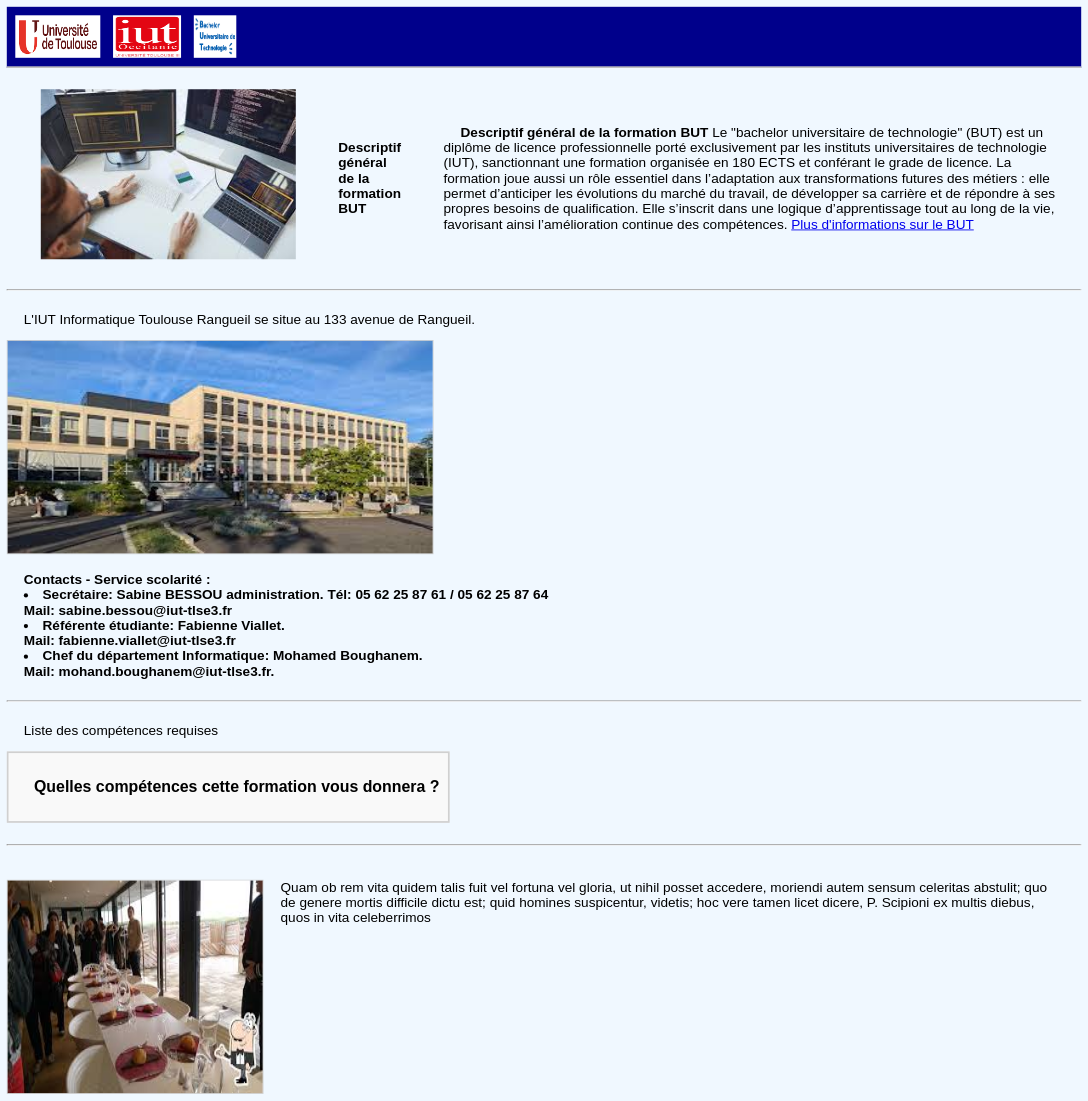
Repository: s0yManar/projet-web-R102
Page: MON.PROJET.HTML&CSS/page.accueil.html
An editor plug-in stored every save of this project. The page is shown before and after a run of saves, followed by the edit.
The browser window is 1280 px wide. The pictures show the whole page, at 85% of full size.

Above is the page before, as saved 2025-11-24 12:23:55.

### MON.PROJET.HTML&CSS/page.accueil.html
<!DOCTYPE html>
<html lang= "fr">


<head>
    <meta charset="UTF-8">
    <meta name = "viewport" content="width-device-witch" initial scale=" 1.0">
    <link rel="stylesheet" href="page-accueil.css">
    <title> Accueil</title>
</head>

<body>
    <header id="header">
        <img src="logo-université.jpg" alt="Université de Toulouse" width="100" height="50">
        <img src="logo-IUT.jpg" alt="Logo de l'IUT de Toulouse" width="80" height="50">
        <img src="logo-but.jpg" alt="logo du BUT" width="50" height="50">
    </header>

    <!--  section reservée à la Historique du BUT: une image sur le BUT à gauche
      et du texte conçu sur le BUT avec un lien vers une source wikipédia  -->

      <div id="descriptif_BUT">
        <div id="descriptif_BUT_img">
            <img src="illustratif.jpg" alt="Image diplome BUT" width="300" height="200">
         </div>
    <strong> Descriptif général de la formation BUT </strong>
    <p> <strong> Descriptif général de la formation BUT </strong>Le "bachelor universitaire de technologie" (BUT) est un diplôme de licence professionnelle porté exclusivement par les instituts universitaires de technologie (IUT), sanctionnant une formation organisée en 180 ECTS et conférant le grade de licence. La formation joue aussi un rôle essentiel dans l’adaptation aux transformations futures des métiers : elle permet d’anticiper les évolutions du marché du travail, de développer sa carrière et de répondre à ses propres besoins de qualification. Elle s’inscrit dans une logique d’apprentissage tout au long de la vie, favorisant ainsi l’amélioration continue des compétences. <a href= "https://www.enseignementsup-recherche.gouv.fr/fr/but"  title="Lien de documentation sur le BUT WIkipédia"> Plus d'informations sur le BUT </a></p>
    </div>


    <!-- position -->

    <hr>

    <section>
        <!-- section réservée à l'IUT Informatique TR avec photo (quand souris passe, zoom) à gauche,
        du texte à droite et en dessous une LISTE de contact-->
        <p>L'IUT Informatique Toulouse Rangueil se situe au 133 avenue de Rangueil. </p>
        <div class="contenu">
        <img src="photoIUT.jpg" alt="Photographie de l'IUT site de Rangueil" width="500" height="250">
        </div>
        <div>
            <h4> Contacts - Service scolarité :
                <li> Secrétaire: Sabine BESSOU administration. Tél: 05 62 25 87 61 / 05 62 25 87 64
                    <br>
                Mail: sabine.bessou@iut-tlse3.fr </li>
                <li> Référente étudiante: Fabienne Viallet.<br>  Mail:  fabienne.viallet@iut-tlse3.fr
 </li>
                <li> Chef du département Informatique: Mohamed Boughanem. <br>  Mail: mohand.boughanem@iut-tlse3.fr. </li>
             </h4>
        </div>
    </section>

<hr>

    <!--section pour une liste des compétences, contenant une liste de blocs de compétences avec chcunes d'elles illustrées par une image, liste des compétences fondamentales, les blocs doivent être encadrés -->
<p> Liste des compétences requises</p>
<div class="bloc_competences">
<h3> Quelles compétences cette formation vous donnera ? </h3>
</div>

</div>

<hr>

<section id="restocrous" content="la vie étudiante" >
    <!-- section pour la vie étudiante, à gauche du texte factice, à droite une image cliquable vers la restauration à l'IUT  -->
 <img class="affichage_img" src="restocrous.jpg" alt="Photo d'un restaurant universitaire" width="300" height="250" >
 <a href="https://iut.univ-tlse3.fr/des-points-de-restauration-du-crous-dans-vos-campus" title="Portail vers des informations de restauration autour de l'IUT" ></a>
 <p>Quam ob rem vita quidem talis fuit vel fortuna vel gloria, ut nihil posset accedere, moriendi autem sensum celeritas abstulit; quo de genere mortis difficile dictu est; quid homines suspicentur, videtis; hoc vere tamen licet dicere,
 P. Scipioni ex multis diebus, quos in vita celeberrimos </p>
 <a href="https://iut.univ-tlse3.fr/des-points-de-restauration-du-crous-dans-vos-campus" title="Portail vers des informations de restauration autour de l'IUT" >
     <!-- faire en sorte que mon image soit cliquable
    positionnement des images et du texte, ajout d'un font
    -->
</div>
</section>

</html>

### MON.PROJET.HTML&CSS/page-accueil.css
/* Style général */
body {
    font-family: Arial, Helvetica, sans-serif;
    margin: 20;
    background-color: aliceblue;
}

#header {
    display: flex;
    gap: 15px;
    padding: 10px;
    border-bottom: 2px solid #bfbfbf;
    background-color: darkblue;
}

/* IMAGE DU BUT À DROITE DANS LA SECTION DESCRIPTIF */
#descriptif_BUT {
    display: flex;
    align-items: center;
    gap: 30px;
    margin-top: 25px;
    margin-left: 20px;
    margin-bottom: 10px

}

#descriptif_BUT_img {
    display:flex;
    align-items: right;
    margin-left: 20px;
    margin-bottom: 10px
}


hr {
    margin: 25px 0;
    color:darkslategray
}


.contenu {
    display: flex;
    position: relative;
    text-align: left;

}

.contenu img {
    border: 1px solid #ccc;
}

.bloc_competences {
    border: 2px solid #d0d0d0;
    padding: 10px;
    width: fit-content;
    background-color: #f9f9f9;
}

/* Image cliquable de la vie étudiante */
.affichage_img {
    display: block;
    margin-top: 15px;
    border: 1px solid #cfcfcf;
}

/* Petits ajustements de texte */
p {
    margin: 15px 20px;
}

strong {
    margin-left: 20px;
}

h3, h4 {
    margin-left: 20px;
}

#restocrous {
    display: flex;
    text-align: 200px;
}

After the next 3 saves:
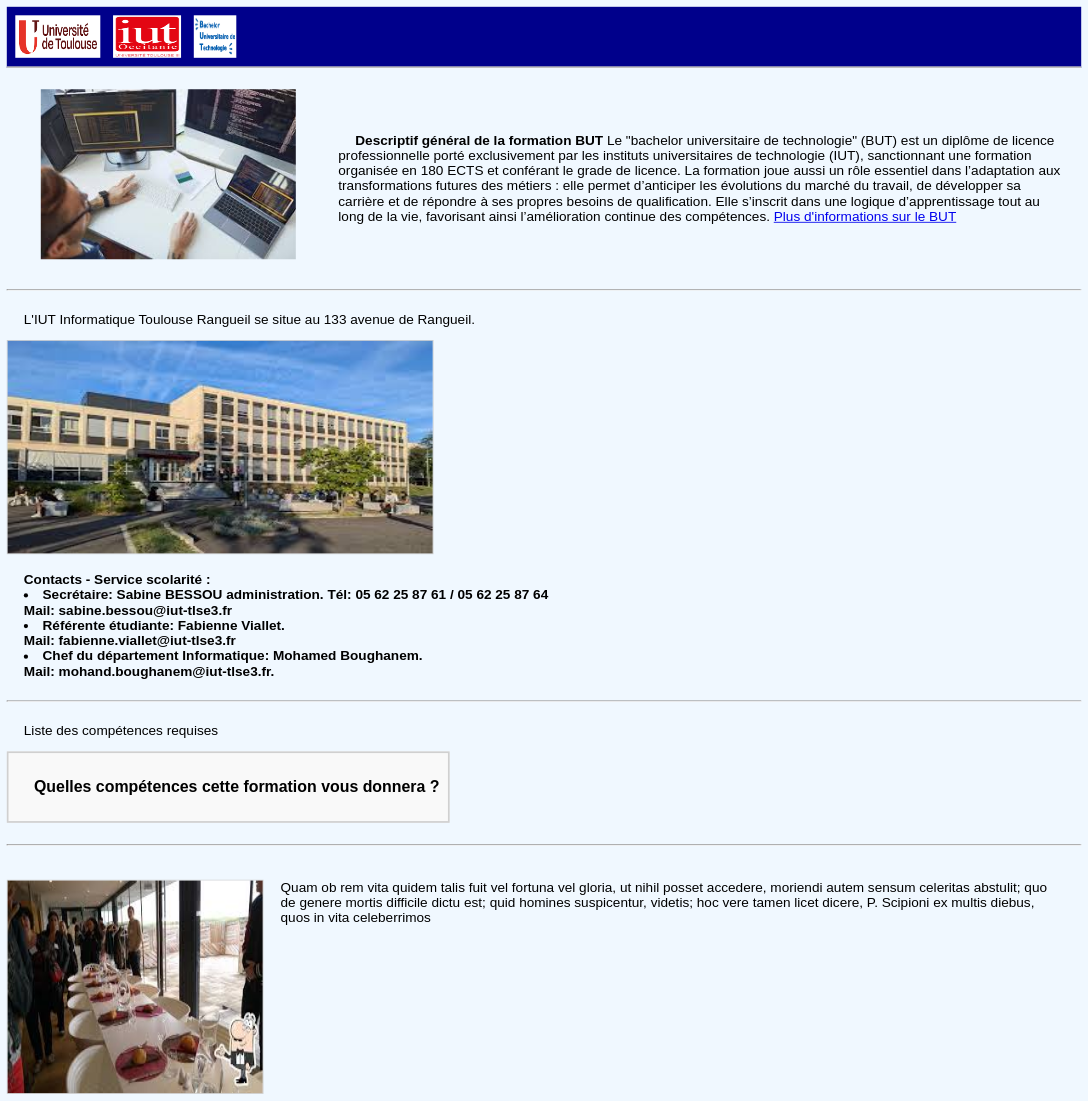
The 3 saves are shown as one change because they came seconds apart.
The last was saved 16 s later.
--- a/MON.PROJET.HTML&CSS/page.accueil.html
+++ b/MON.PROJET.HTML&CSS/page.accueil.html
@@ -23,7 +23,7 @@
         <div id="descriptif_BUT_img">
             <img src="illustratif.jpg" alt="Image diplome BUT" width="300" height="200">
          </div>
-    <strong> Descriptif général de la formation BUT </strong>
+
     <p> <strong> Descriptif général de la formation BUT </strong>Le "bachelor universitaire de technologie" (BUT) est un diplôme de licence professionnelle porté exclusivement par les instituts universitaires de technologie (IUT), sanctionnant une formation organisée en 180 ECTS et conférant le grade de licence. La formation joue aussi un rôle essentiel dans l’adaptation aux transformations futures des métiers : elle permet d’anticiper les évolutions du marché du travail, de développer sa carrière et de répondre à ses propres besoins de qualification. Elle s’inscrit dans une logique d’apprentissage tout au long de la vie, favorisant ainsi l’amélioration continue des compétences. <a href= "https://www.enseignementsup-recherche.gouv.fr/fr/but"  title="Lien de documentation sur le BUT WIkipédia"> Plus d'informations sur le BUT </a></p>
     </div>
 
